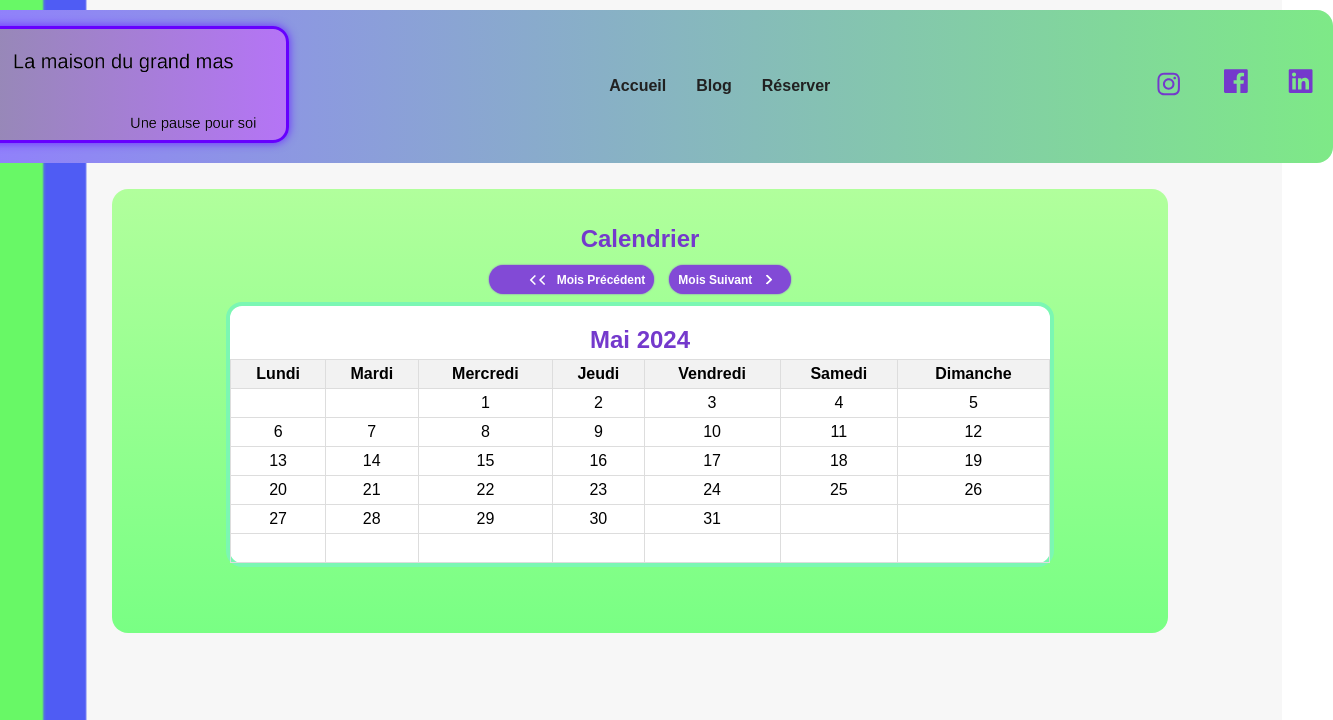
Repository: Crosnierpaul/Les_Rangers_de_Pouvoir
Page: http://localhost/entretien
The author's editor kept a copy of each file at every save. The page is drawn from the files as they stood at one save, then again after a run of saves.
The browser window is 1280 px wide. The page is 1333 px wide, so the pictures cover 1333 px, including what lies to the right of the window. The pictures show the whole page.
The page is served by the project's Node server (site/server.js). Other server files are loaded and not shown.

Above is the page before, as saved 2024-05-07 10:55:39.

### site/public/views/entretien.ejs
<!DOCTYPE html>
<html lang="fr">
<head>
    <meta charset="UTF-8">
    <meta name="viewport" content="width=device-width, initial-scale=1.0">
    <link rel="stylesheet" href="../css/entretien.css">
    <link rel="stylesheet" href="../css/style.css">
    <title>Calendrier</title>
</head>
<body>
    <%- include('navbar') %>

    <section>
        <h1>Calendrier</h1>

        <div class="btn-section">

              <div class="btn-container" onclick="prevMonth()">
                <a class="btn-content" href="#">
                    <span class="icon-arrowleft"></span>

                        <svg width="19px" height="10px" viewBox="0 0 66 43" version="1.1" xmlns="http://www.w3.org/2000/svg" xmlns:xlink="http://www.w3.org/1999/xlink">
                            <g id="arrow" stroke="none" stroke-width="1" fill="none" fill-rule="evenodd">
                                <path id="arrow-icon-one" d="M25.8456067,3.89485454 L22.0236851,0.139296592 C21.8291689,-0.0518420739 21.5173671,-0.0518571125 21.3228325,0.139262789 L0.308386581,20.7848311 C-0.0855800613,21.1718824 -0.0911862566,21.8050225 0.295865025,22.1989893 C0.299981196,22.2031791 0.304134271,22.2073326 0.308323769,22.2114492 L21.322902,42.8607841 C21.5174043,43.0519059 21.8291758,43.0519358 22.0237147,42.8608513 L25.8454814,39.1069479 C26.0424848,38.9134427 26.0453207,38.5968729 25.8518155,38.3998695 C25.8497107,38.3977268 25.8475868,38.395603 25.8454438,38.3934985 L9.0062211,21.8567812 C8.80919724,21.6632968 8.80632797,21.3467273 8.99981237,21.1497035 C9.00193532,21.1475418 9.00407769,21.1453995 9.00623949,21.1432767 L25.8454792,4.60825197 C26.0425131,4.41477773 26.0453987,4.09820839 25.8519244,3.90117456 C25.8498374,3.89904911 25.8477314,3.89694235 25.8456067,3.89485454 Z" fill="#FFFFFF"></path>
                                <path id="arrow-icon-two" d="M45.8456067,3.89485454 L42.0236851,0.139296592 C41.8291689,-0.0518420739 41.5173671,-0.0518571125 41.3228325,0.139262789 L20.3083866,20.7848311 C19.9144199,21.1718824 19.9088137,21.8050225 20.295865,22.1989893 C20.2999812,22.2031791 20.3041343,22.2073326 20.3083238,22.2114492 L41.322902,42.8607841 C41.5174043,43.0519059 41.8291758,43.0519358 42.0237147,42.8608513 L45.8454814,39.1069479 C46.0424848,38.9134427 46.0453207,38.5968729 45.8518155,38.3998695 C45.8497107,38.3977268 45.8475868,38.395603 45.8454438,38.3934985 L29.0062211,21.8567812 C28.8091972,21.6632968 28.806328,21.3467273 28.9998124,21.1497035 C29.0019353,21.1475418 29.0040777,21.1453995 29.0062395,21.1432767 L45.8454792,4.60825197 C46.0425131,4.41477773 46.0453987,4.09820839 45.8519244,3.90117456 C45.8498374,3.89904911 45.8477314,3.89694235 45.8456067,3.89485454 Z" fill="#FFFFFF"></path>
                                <path id="arrow-icon-three" d="M65.8456067,3.89485454 L62.0236851,0.139296592 C61.8291689,-0.0518420739 61.5173671,-0.0518571125 61.3228325,0.139262789 L40.3083866,20.7848311 C39.9144199,21.1718824 39.9088137,21.8050225 40.295865,22.1989893 C40.2999812,22.2031791 40.3041343,22.2073326 40.3083238,22.2114492 L61.322902,42.8607841 C61.5174043,43.0519059 61.8291758,43.0519358 62.0237147,42.8608513 L65.8454814,39.1069479 C66.0424848,38.9134427 66.0453207,38.5968729 65.8518155,38.3998695 C65.8497107,38.3977268 65.8475868,38.395603 65.8454438,38.3934985 L49.0062211,21.8567812 C48.8091972,21.6632968 48.806328,21.3467273 48.9998124,21.1497035 C49.0019353,21.1475418 49.0040777,21.1453995 49.0062395,21.1432767 L65.8454792,4.60825197 C66.0425131,4.41477773 66.0453987,4.09820839 65.8519244,3.90117456 C65.8498374,3.89904911 65.8477314,3.89694235 65.8456067,3.89485454 Z" fill="#FFFFFF"></path>
                            </g>
                        </svg>
                    </span>
                    <span class="btn-titleleft">Mois Précédent</span>
                </a>
            </div>
             <div class="btn-container" onclick="nextMonth()"">
                <a class="btn-content" href="#">
                  <span class="btn-title">Mois Suivant</span>
                  <span class="icon-arrow">
                    <svg width="25px" height="16px" viewBox="0 0 66 43" version="1.1" xmlns="http://www.w3.org/2000/svg" xmlns:xlink="http://www.w3.org/1999/xlink">
                      <g id="arrow" stroke="none" stroke-width="1" fill="none" fill-rule="evenodd">
                        <path id="arrow-icon-one" d="M40.1543933,3.89485454 L43.9763149,0.139296592 C44.1708311,-0.0518420739 44.4826329,-0.0518571125 44.6771675,0.139262789 L65.6916134,20.7848311 C66.0855801,21.1718824 66.0911863,21.8050225 65.704135,22.1989893 C65.7000188,22.2031791 65.6958657,22.2073326 65.6916762,22.2114492 L44.677098,42.8607841 C44.4825957,43.0519059 44.1708242,43.0519358 43.9762853,42.8608513 L40.1545186,39.1069479 C39.9575152,38.9134427 39.9546793,38.5968729 40.1481845,38.3998695 C40.1502893,38.3977268 40.1524132,38.395603 40.1545562,38.3934985 L56.9937789,21.8567812 C57.1908028,21.6632968 57.193672,21.3467273 57.0001876,21.1497035 C56.9980647,21.1475418 56.9959223,21.1453995 56.9937605,21.1432767 L40.1545208,4.60825197 C39.9574869,4.41477773 39.9546013,4.09820839 40.1480756,3.90117456 C40.1501626,3.89904911 40.1522686,3.89694235 40.1543933,3.89485454 Z" fill="#FFFFFF"></path>
                        <path id="arrow-icon-two" d="M20.1543933,3.89485454 L23.9763149,0.139296592 C24.1708311,-0.0518420739 24.4826329,-0.0518571125 24.6771675,0.139262789 L45.6916134,20.7848311 C46.0855801,21.1718824 46.0911863,21.8050225 45.704135,22.1989893 C45.7000188,22.2031791 45.6958657,22.2073326 45.6916762,22.2114492 L24.677098,42.8607841 C24.4825957,43.0519059 24.1708242,43.0519358 23.9762853,42.8608513 L20.1545186,39.1069479 C19.9575152,38.9134427 19.9546793,38.5968729 20.1481845,38.3998695 C20.1502893,38.3977268 20.1524132,38.395603 20.1545562,38.3934985 L36.9937789,21.8567812 C37.1908028,21.6632968 37.193672,21.3467273 37.0001876,21.1497035 C36.9980647,21.1475418 36.9959223,21.1453995 36.9937605,21.1432767 L20.1545208,4.60825197 C19.9574869,4.41477773 19.9546013,4.09820839 20.1480756,3.90117456 C20.1501626,3.89904911 20.1522686,3.89694235 20.1543933,3.89485454 Z" fill="#FFFFFF"></path>
                        <path id="arrow-icon-three" d="M0.154393339,3.89485454 L3.97631488,0.139296592 C4.17083111,-0.0518420739 4.48263286,-0.0518571125 4.67716753,0.139262789 L25.6916134,20.7848311 C26.0855801,21.1718824 26.0911863,21.8050225 25.704135,22.1989893 C25.7000188,22.2031791 25.6958657,22.2073326 25.6916762,22.2114492 L4.67709797,42.8607841 C4.48259567,43.0519059 4.17082418,43.0519358 3.97628526,42.8608513 L0.154518591,39.1069479 C-0.0424848215,38.9134427 -0.0453206733,38.5968729 0.148184538,38.3998695 C0.150289256,38.3977268 0.152413239,38.395603 0.154556228,38.3934985 L16.9937789,21.8567812 C17.1908028,21.6632968 17.193672,21.3467273 17.0001876,21.1497035 C16.9980647,21.1475418 16.9959223,21.1453995 16.9937605,21.1432767 L0.15452076,4.60825197 C-0.0425130651,4.41477773 -0.0453986756,4.09820839 0.148075568,3.90117456 C0.150162624,3.89904911 0.152268631,3.89694235 0.154393339,3.89485454 Z" fill="#FFFFFF"></path>
                      </g>
                    </svg>
                  </span>
                </a>
              </div>
        </div>
        <div id="calendarContainer"></div>
        <div id="selectedContent"></div>
    </section>

    <script src="../js/entretien.js"></script>
</body>
</html>

### site/public/css/entretien.css
.calendar {
    margin-bottom: 50px;
    width: 80%; /* Réduire la largeur du calendrier */
    margin-left: auto; /* Centrer le calendrier */
    margin-right: auto; /* Centrer le calendrier */
    background-color:#ffffff;
    border-radius: 1em;
    border: 4px solid #7bf7b3;
}

table {
    border-collapse: collapse;
    width: 100%;
}

th, td {
    border: 1px solid #dddddd;
    text-align: center;
    padding: 5px; /* Réduire l'espacement intérieur */
}

th {
    background-color: #f2f2f2;
}



td:hover {
    background-color: #f0f0f0; /* Couleur de fond lors du survol */
    cursor: pointer; /* Changement de curseur pour indiquer qu'il est cliquable */
}

td.selected {
    background-color: #c99aff; /* Couleur de fond grise pour les cellules sélectionnées */
    cursor: default; /* Désactiver le changement de curseur */
}

p {
    text-align: center;
}

section {
    margin: 1em auto; /* Centrer la section */
    max-width: 80%; /* Réduire la largeur maximale */
    --background: linear-gradient(to bottom, #b1ff9c 0%, #79ff84 100%);
    background: var(--background);
    border-radius: 1em;
    padding: 1em;
}




.btn-section {
    display: flex;
    justify-content: center;
}

.btn-container {
    font-size: 1em; /* Réduire la taille de la police de caractères de 25% */
    margin: 7.5px; /* Réduire les marges de 25% */
    display: flex;
    --color-text: #ffffff;
    --color-background: #824ad6;
    --color-outline: rgba(147, 20, 250, 0.502);
    --color-shadow: #00000080;
  }

  .btn-content {
    display: flex;
    align-items: center;
    padding: 0.375em 0.75em; /* Réduire l'espacement à l'intérieur des boutons de 25% */
    text-decoration: none;
    font-family: 'Poppins', sans-serif;
    font-weight: 600;
    font-size: 0.75em; /* Réduire la taille du texte de 25% */
    color: var(--color-text);
    background: var(--color-background);
    transition: 1s;
    border-radius: 100px;
    box-shadow: 0 0 0.15em 0 var(--color-background); /* Réduire l'ombre de 25% */
}

  .btn-content:hover, .btn-content:focus {
    transition: 0.5s;
    -webkit-animation: btn-content 1s;
    animation: btn-content 1s;
    outline: 0.1em solid transparent;
    outline-offset: 0.2em;
    box-shadow: 0 0 0.4em 0 var(--color-background);
  }

  .btn-content .icon-arrow {
    transition: 0.5s;
    margin-right: 0px;
    transform: scale(0.6);
  }

  .btn-content:hover .icon-arrow {
    transition: 0.5s;
    margin-right: 25px;
  }

  .icon-arrow {
    width: 20px;
    margin-left: 10px;
    position: relative;
    top: 6%;
  }

  /* SVG */
  #arrow-icon-one {
    transition: 0.4s;
    transform: translateX(-60%);
  }

  #arrow-icon-two {
    transition: 0.5s;
    transform: translateX(-30%);
  }

  .btn-content:hover #arrow-icon-three {
    animation: color_anim 1s infinite 0.2s;
  }

  .btn-content:hover #arrow-icon-one {
    transform: translateX(0%);
    animation: color_anim 1s infinite 0.6s;
  }

  .btn-content:hover #arrow-icon-two {
    transform: translateX(0%);
    animation: color_anim 1s infinite 0.4s;
  }
  /* left version */

  .btn-contentleft:hover, .btn-contentleft:focus {
    transition: 0.5s;
    -webkit-animation: btn-content 1s;
    animation: btn-content 1s;
    outline: 0.1em solid transparent;
    outline-offset: 0.2em;
    box-shadow: 0 0 0.4em 0 var(--color-background);
  }

  .btn-contentleft .icon-arrowleft {
    transition: 0.5s;
    margin-left: 0px; /* Changer margin-left */
    transform: scale(0.6);
  }

  .btn-contentleft:hover .icon-arrowleft {
    transition: 0.5s;
    margin-left: 25px; /* Changer margin-left */
  }

  .icon-arrowleft {
    width: 20px; /* Ajuster la largeur */
    height: 20px; /* Ajuster la hauteur */
    margin-right: 10px;
    position: relative;
    top: 6%;
  }

  .btn-contentleft:hover #arrow-icon-three {
    animation: color_anim 1s infinite 0.2s;
  }

  .btn-contentleft:hover #arrow-icon-one {
    transform: translateX(0%);
    animation: color_anim 1s infinite 0.6s;
  }

  .btn-contentleft:hover #arrow-icon-two {
    transform: translateX(0%);
    animation: color_anim 1s infinite 0.4s;
  }

  .btn-titleleft{
    margin-left: 10px;
  }

  /* SVG animations */
  @keyframes color_anim {
    0% {
      fill: white;
    }

    50% {
      fill: var(--color-background);
    }

    100% {
      fill: white;
    }
  }

  /* Button animations */
  @-webkit-keyframes btn-content {
    0% {
      outline: 0.2em solid var(--color-background);
      outline-offset: 0;
    }
  }

  @keyframes btn-content {
    0% {
      outline: 0.2em solid var(--color-background);
      outline-offset: 0;
    }
  }

### site/public/css/navbar.css
.start-header {
	opacity: 1;
	transform: translateY(0);
	padding: 20px 0;
	box-shadow: 0 10px 30px 0 rgba(138, 155, 165, 0.15);
	-webkit-transition : all 0.3s ease-out;
	transition : all 0.3s ease-out;
}

.start-header.scroll-on {
	box-shadow: 0 5px 10px 0 rgba(138, 155, 165, 0.15);
	padding: 10px 0;
	-webkit-transition : all 0.3s ease-out;
	transition : all 0.3s ease-out;
}

.start-header.scroll-on .navbar-brand img{
	height: 24px;
	-webkit-transition : all 0.3s ease-out;
	transition : all 0.3s ease-out;
}

.navigation-wrap{
	position: fixed;
	width: 100%;
	top: 0;
	left: 0;
	z-index: 1000;
	-webkit-transition : all 0.3s ease-out;
	transition : all 0.3s ease-out;
}

.navbar {
    padding: 10px 0;
    display: flex;
    justify-content: center;
	margin-left: 1em;
  	margin-right: 1em;
}

.navbar-toggler {
	float: right;
	border: none;
	padding-right: 0;
	padding-left: 0;
}

.navbar-toggler:active,
.navbar-toggler:focus {
	outline: none;
}

.navbar-light .navbar-toggler-icon {
	width: 24px;
	height: 17px;
	background-image: none;
	position: relative;
	border-bottom: 1px solid #000;
    transition: all 300ms linear;
}

.navbar-light .navbar-toggler-icon:after,
.navbar-light .navbar-toggler-icon:before{
	width: 24px;
	position: absolute;
	height: 1px;
	background-color: #000;
	top: 0;
	left: 0;
	content: '';
	z-index: 2;
    transition: all 300ms linear;
}

.navbar-light .navbar-toggler-icon:after{
	top: 8px;
}

.navbar-toggler[aria-expanded="true"] .navbar-toggler-icon:after {
	transform: rotate(45deg);
}

.navbar-toggler[aria-expanded="true"] .navbar-toggler-icon:before {
	transform: translateY(8px) rotate(-45deg);
}

.navbar-toggler[aria-expanded="true"] .navbar-toggler-icon {
	border-color: transparent;
}

.nav-link{
	color: #212121 !important;
	font-weight: 500;
    transition: all 200ms linear;
}

.nav-item.active .nav-link{
	color: #7439cc  !important;
}

/* LIGNE SOUS LIEN APRES SOURIS DESSUS */

.nav-link {
	position: relative;
	padding: 5px 0 !important;
	display: inline-block;
}

.nav-item:after {
	position: absolute;
	bottom: -5px;
	left: 0;
	width: 100%;
	height: 2px;
	content: '';
	background-color: #7439cc ;
	opacity: 0;
    transition: all 200ms linear;
}

/* FIN LIGNE SOUS LIEN */

.nav-item:hover:after{
	bottom: 0;
	opacity: 1;
}

.nav-item.active:hover:after{
	opacity: 0;
}

.nav-item {
    position: relative;
    transition: all 200ms linear;
    padding: 1em;
    text-align: center;
}

/* .nav-item.active .nav-link {
    color: #007bff; /* Changez cette couleur pour mettre en évidence l'élément actif
} */

.navbar-brand {
    margin-right: auto;
    margin-left: auto;
}

/* Ajoutez ces styles pour supprimer les puces des éléments li */
.navbar-nav {
    display: flex;
    justify-content: center;
    align-items: center;
    padding-left: 0; /* Supprime le décalage à gauche de la liste */
}

.navbar-nav .nav-item {
    padding: 0 15px;
    list-style: none; /* Supprime les puces */
}

.navbar-nav .nav-link {
    color: #212121 !important;
    font-weight: 500;
    transition: all 200ms linear;
}

.navbar-nav .nav-item:hover .nav-link {
    color: #7439cc !important;
}

/* Modifiez les styles des liens de navigation pour ressembler à du texte normal */
.nav-link {
    color: #212121 !important;
    font-weight: 500;
    transition: all 200ms linear;
    text-decoration: none; /* Supprime le soulignement par défaut des liens */
    cursor: pointer; /* Change le curseur en pointeur au survol */
}

.container {
	--background: linear-gradient(to right, #917dff 0%, #7ee987 100%);
    margin: 0px;
	min-height: 15vh;
	max-width: max-content;
	background: var(--background);
	border-radius: 1em;
}

.purple {
	color: #7439cc;
}

#logo {
	width: 20em;
	border: 3.5px solid #6600ff;
	border-radius: 1em;
	margin-left:  1em;
	margin-right: 19.1em;
	--background: linear-gradient(to right, #948ab1 0%, #b574f6 100%);
	background: var(--background);
	box-shadow: 0 0 10px 0 rgb(106, 43, 255);
}

#liLogo {
    list-style: none;
}

.nav-item.active:after {
	position: absolute;
	bottom: 0;
	left: 0;
	width: 100%;
	height: 2px;
	content: '';
	background-color: #7439cc ;
	opacity: 1;
}

.rs {
	margin-left: 18em;
	display: inherit;
}

.rs .nav-item {
	margin-left: 5px;
	margin-right: 5px;
}

/* Styles pour les écrans plus petits que 768px */
@media (max-width: 1000px) {
    .navbar {
        flex-direction: column; /* Afficher les éléments de la navbar en colonne */
        align-items: center; /* Centrer les éléments */
    }

    .navbar-nav {
        flex-direction: column; /* Afficher les éléments de la navbar en colonne */
        align-items: center; /* Centrer les éléments */
    }

    .navbar-toggler {
        order: -1; /* Mettre le bouton de bascule en haut */
        margin-bottom: 10px; /* Ajouter un espace entre le bouton de bascule et les liens */
    }

    .rs {
        margin-left: 0; /* Réinitialiser la marge pour les icônes de réseaux sociaux */
        text-align: center; /* Centrer les icônes de réseaux sociaux */
    }
}

/*Styles pour les écrans plus petits que 576px */
@media (max-width: 576px) {
    .navbar-brand {
        margin: 0; /* Réinitialiser la marge pour le logo */
    }

    #logo {
        width: 98.3%; /* Faire en sorte que le logo occupe toute la largeur */
        margin: 0; /* Réinitialiser la marge */
    }

    .rs {
        display: flex; /* Afficher les icônes de réseaux sociaux en ligne */
        justify-content: center; /* Centrer les icônes de réseaux sociaux */
    }

    .rs .nav-item {
        margin: 0 5px; /* Ajouter un espacement horizontal entre les icônes de réseaux sociaux */
    }
}

.tel {
	margin-top: 5px;
}

Loaded but not shown: site/public/js/entretien.js (193 lines, source omitted); site/server.js (72 lines, source omitted); site/public/views/navbar.ejs (81 lines, source omitted); site/public/css/style.css (342 lines, source omitted)

After the next 2 saves:
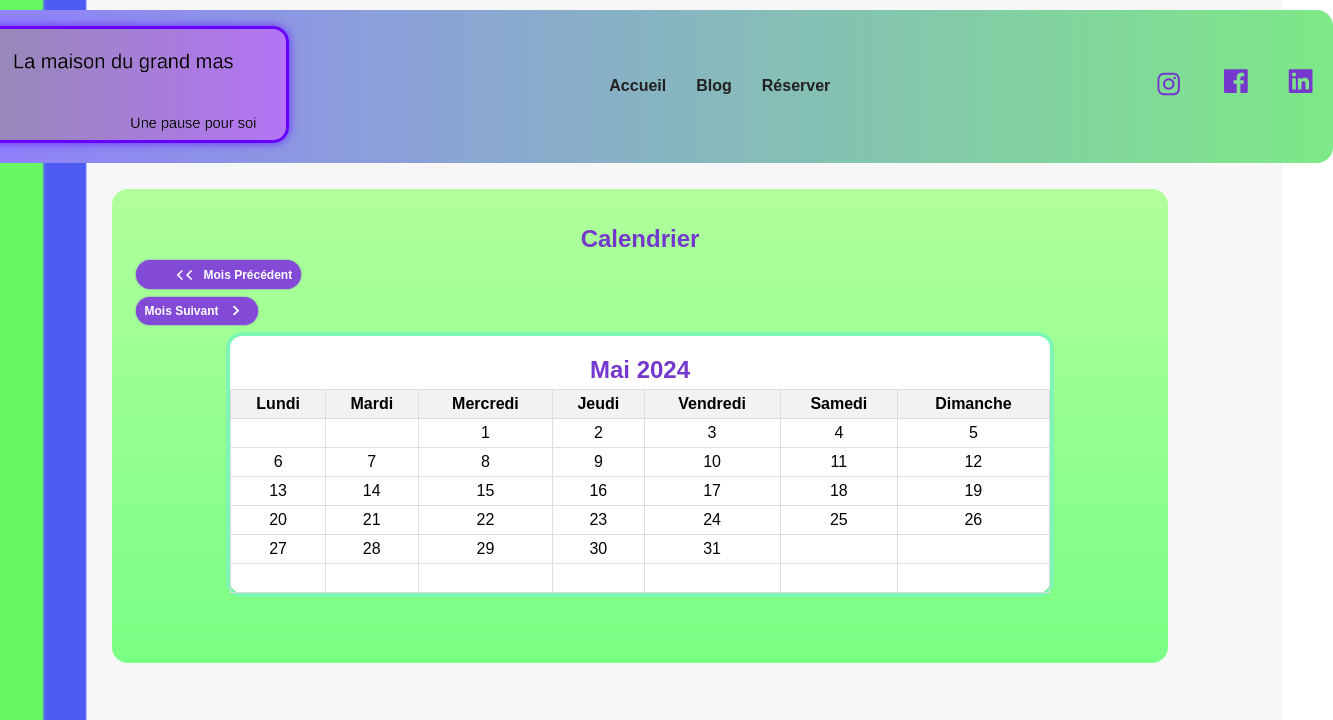
The 2 saves are shown as one change because they came seconds apart.
The last was saved 8 s later.
--- a/site/public/css/entretien.css
+++ b/site/public/css/entretien.css
@@ -48,7 +48,7 @@
     padding: 1em;
 }
 
-
+.btn
 
 
 .btn-section {

After the 3 saves that followed:
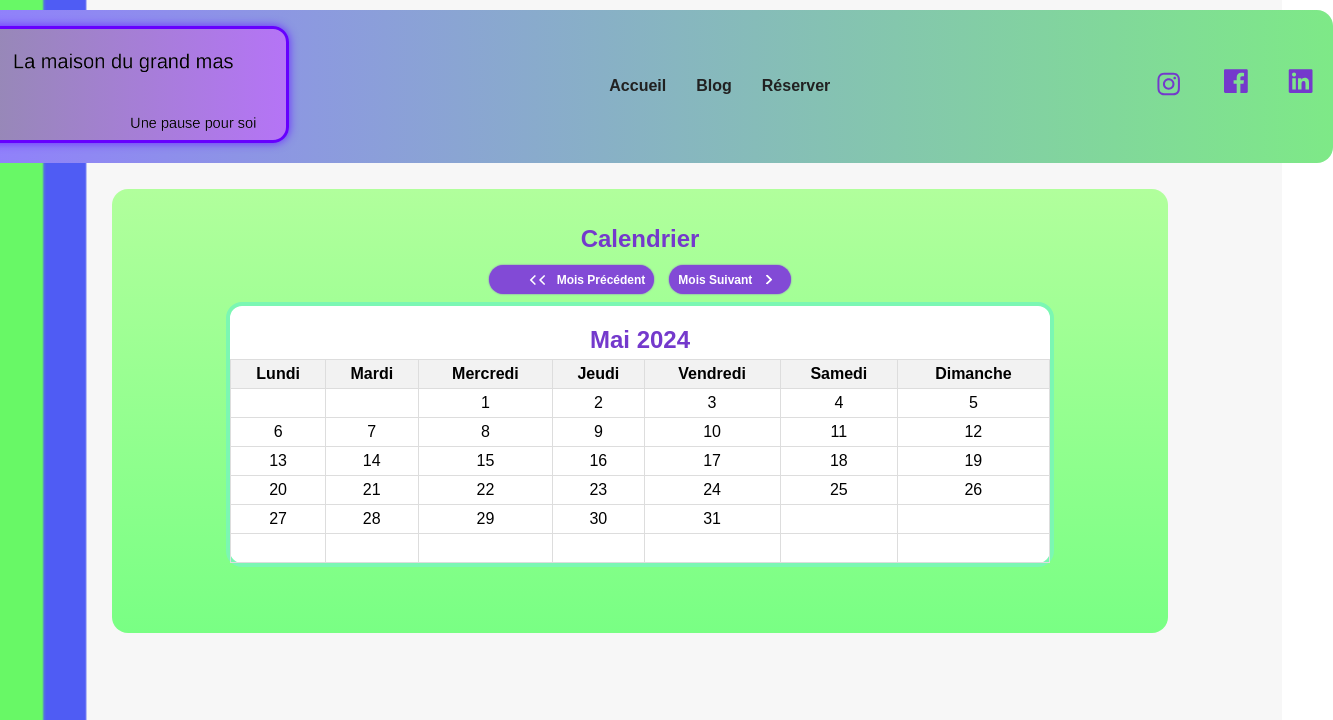
The 3 saves are shown as one change because 2 left the picture as it was.
The last was saved 13 s later.
--- a/site/public/css/entretien.css
+++ b/site/public/css/entretien.css
@@ -48,7 +48,10 @@
     padding: 1em;
 }
 
-.btn
+.btn-reserver{
+
+}
+
 
 
 .btn-section {
